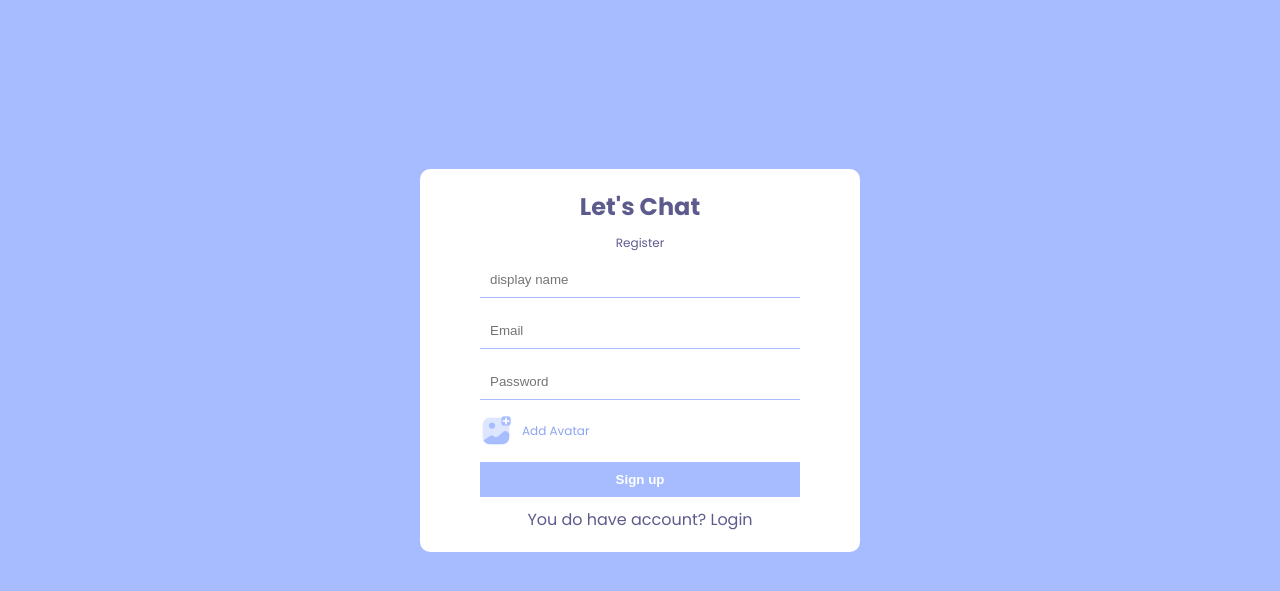
Repository: shikubro90/chatapp
Page: /
An editor plug-in stored every save of this project. The page is shown before and after the next save, followed by the edit.
The browser window is 1280 px wide. The pictures show the whole page.
The project was rebuilt for these pictures with package versions that can differ from the ones it lists, and the page was loaded fresh each time.

Above is the page before, as saved 2022-09-08 16:11:44.

After the next save:
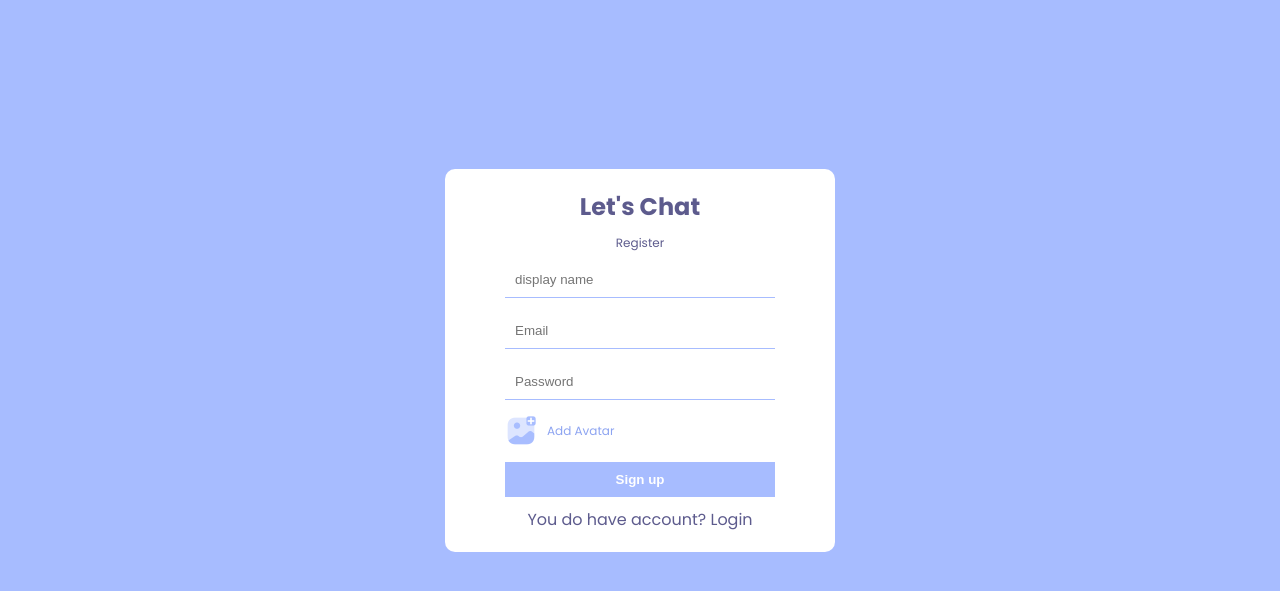
Saved 7 s later.
--- a/src/style.scss
+++ b/src/style.scss
@@ -23,7 +23,7 @@
 
             input{
                 padding: 10px 10px;
-                min-width: 300px;
+                min-width: 250px;
                 border: none;
                 border-bottom: 1px solid #a7bcff;
                 outline: none;
